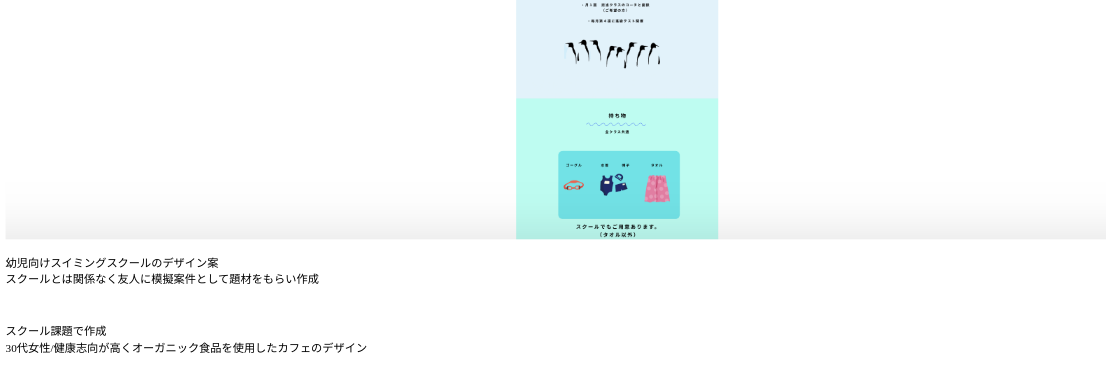
Repository: oninopantsu/onomann
Page: figma.html
An editor plug-in stored every save of this project. The page is shown before and after a run of saves, followed by the edit.
The browser window is 1280 px wide. The page is 1580 px wide, so the pictures cover 1580 px, including what lies to the right of the window. The pictures show the part of the page from y = 1087 to 2647 px (the page is 1611 px tall before and 2647 px after), at 70% of full size.

Above is the page before, as saved 2021-08-17 12:14:45.

### figma.html
<!DOCTYPE html>
<html lang="en">
<head>
  <meta charset="UTF-8">
  <meta http-equiv="X-UA-Compatible" content="IE=edge">
  <meta name="viewport" content="width=device-width, initial-scale=1.0">
  <link rel="stylesheet" href="figma/styles.css">
  <title>figmaを使用したデザイン</title>
</head>
<body>

</body>
</html>


<h1>figmaを使用したデザイン</h1>

<a href="https://www.figma.com/file/XY01fwkQDAkL8OazeEc67t/Untitled?node-id=0%3A1"><img src="img/スイミングスクールデザイン.png" alt=""></a>
<p>幼児向けスイミングスクールのデザイン案
  <br>スクールとは関係なく友人に模擬案件として題材をもらい作成
</p>

<a href="https://www.figma.com/file/KXfvIzwfq0REqEZ7dxTu8g/cafe-mona-p?node-id=0%3A1"><img src="" alt=""></a>
<p>スクール課題で作成
  <br>30代女性/健康志向が高くオーガニック食品を使用したカフェのデザイン
</p>

### figma/styles.css
h1 {
  font-size: 36px;
}

After the next 2 saves:
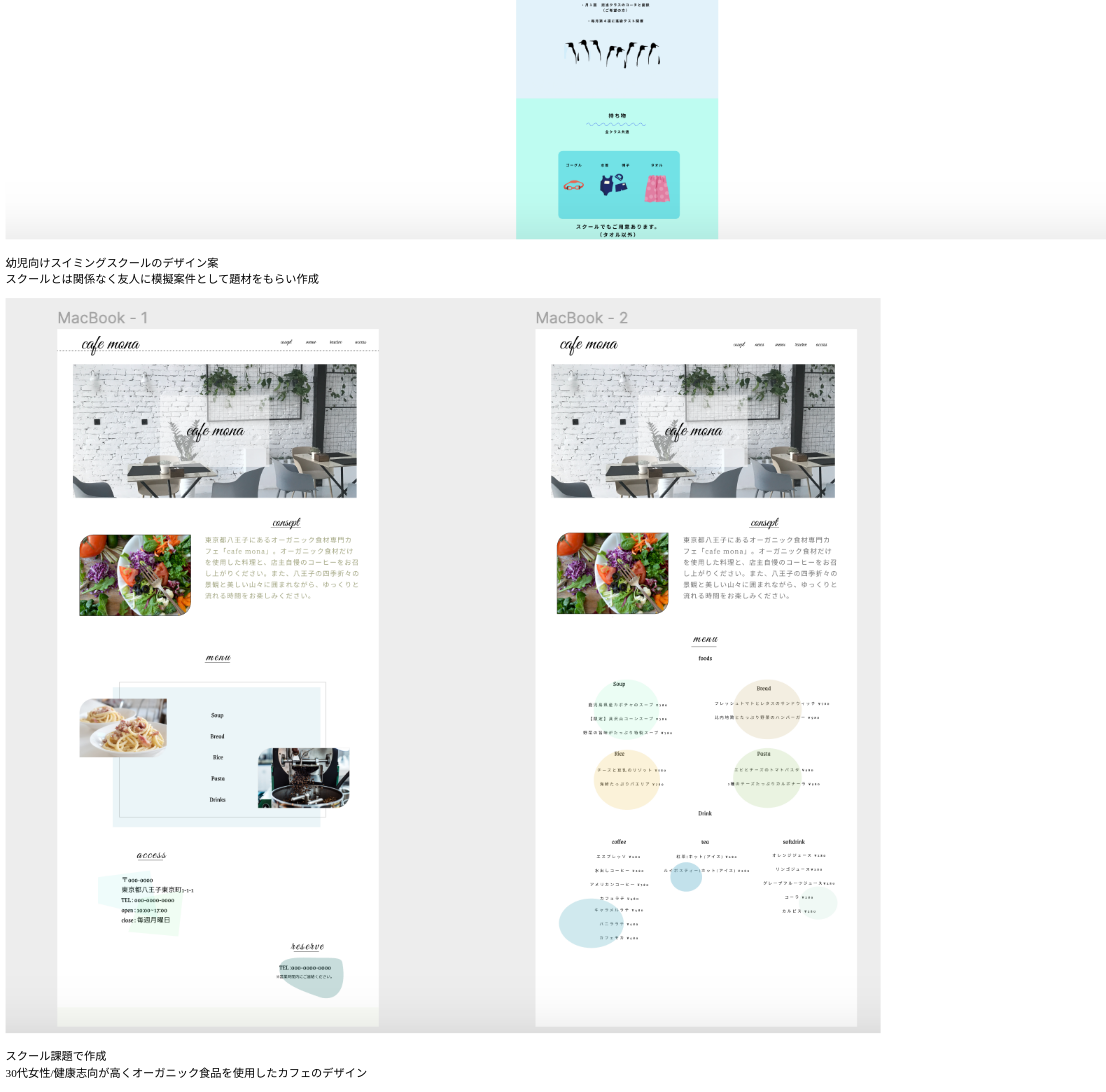
The 2 saves are shown as one change because they came seconds apart.
The last was saved 8 s later.
--- a/figma.html
+++ b/figma.html
@@ -20,7 +20,7 @@
   <br>スクールとは関係なく友人に模擬案件として題材をもらい作成
 </p>
 
-<a href="https://www.figma.com/file/KXfvIzwfq0REqEZ7dxTu8g/cafe-mona-p?node-id=0%3A1"><img src="" alt=""></a>
+<a href="https://www.figma.com/file/KXfvIzwfq0REqEZ7dxTu8g/cafe-mona-p?node-id=0%3A1"><img src="img/カフェサイトデザイン.png" alt=""></a>
 <p>スクール課題で作成
   <br>30代女性/健康志向が高くオーガニック食品を使用したカフェのデザイン
 </p>
